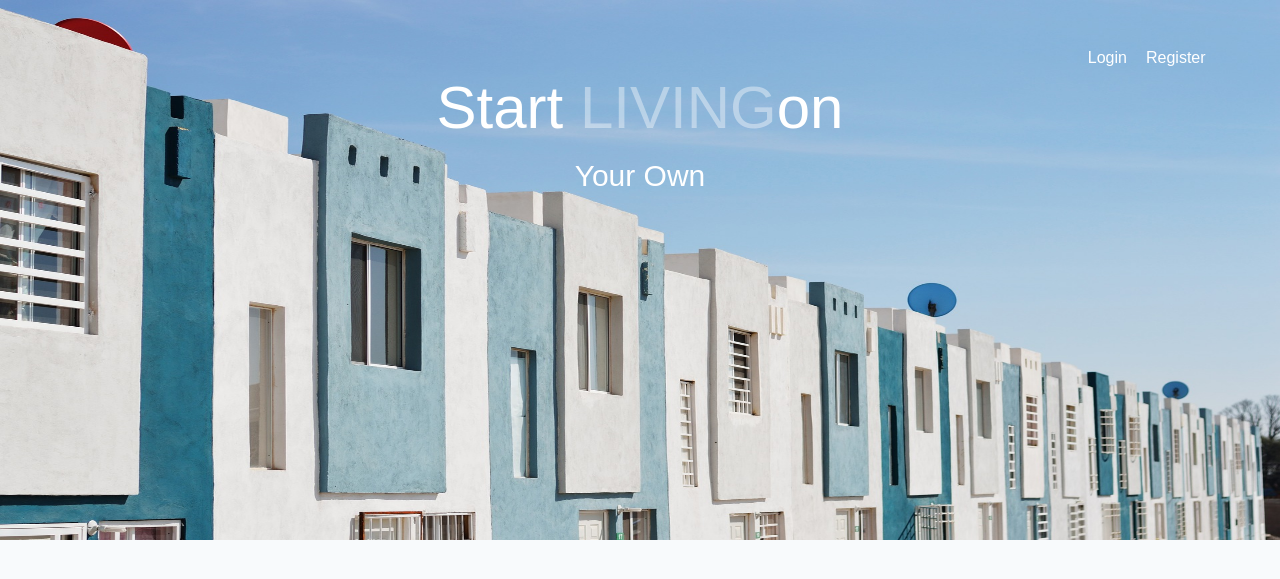
Repository: PatryxB/buildHouse
Page: http://localhost/
An editor plug-in stored every save of this project. The page is shown before and after the next save, followed by the edit.
The browser window is 1280 px wide. The pictures show the whole page.
Some web fonts or font styles are not loaded; a fallback is used. The page is served by the project's Laravel application, run on PHP 8.4 with Laravel 8. Other server files are loaded and not shown. Style sheets and scripts are compiled from the project's sources, by tool versions that may differ from the author's.

Above is the page before, as saved 2020-04-30 20:24:14.

### resources/views/welcome.blade.php
<!DOCTYPE html>
<html lang="{{ str_replace('_', '-', app()->getLocale()) }}">
    <head>
        <meta charset="utf-8">
        <meta name="viewport" content="width=device-width, initial-scale=1">

        <title>Laravel</title>

        <!-- Fonts -->
        <link href="https://fonts.googleapis.com/css?family=Nunito:200,600" rel="stylesheet">
        <link rel="stylesheet" href="/css/app.css">

    </head>
    <body>

        <section id="welcome">
            <div class="banner">
                <img src="{{asset('/img/housebanner.jpg')}}" alt="">
                <div class="text-banner">
                    <h1 style="font-size:60px">Start <span style="opacity: .4;">LIVING</span>on</h1>
                    <p style="font-size:30px">Your Own</p>
                </div>
            </div>
        </section>

        @extends('layouts.app')
        @section('content')
        @endsection
    </body>
</html>

### resources/views/layouts/app.blade.php
<!doctype html>
<html lang="{{ str_replace('_', '-', app()->getLocale()) }}">
<head>
    <meta charset="utf-8">
    <meta name="viewport" content="width=device-width, initial-scale=1">

    <!-- CSRF Token -->
    <meta name="csrf-token" content="{{ csrf_token() }}">

    <title>{{ config('app.name', 'Laravel') }}</title>

    <!-- Scripts -->
    <script src="{{ asset('js/app.js') }}" defer></script>

    <!-- Fonts -->
    <link rel="dns-prefetch" href="//fonts.gstatic.com">
    <link href="https://fonts.googleapis.com/css?family=Nunito" rel="stylesheet">

    <!-- Styles -->
    <link href="{{ asset('css/app.css') }}" rel="stylesheet">
</head>
<body>
    <div id="app">
        <nav>
            @if (Route::has('login'))
                <div class="top-right links">
                    @auth
                        <a href="{{ url('/home') }}">Home</a>
                    @else
                        <a href="{{ route('login') }}">Login</a>

                        @if (Route::has('register'))
                            <a href="{{ route('register') }}">Register</a>
                        @endif
                    @endauth
                </div>
            @endif

        </nav>
        <main class="py-4">
            @yield('content')
        </main>
    </div>
</body>
</html>

### resources/sass/app.scss
// Fonts
@import url('https://fonts.googleapis.com/css?family=Nunito');
@import url('https://fonts.googleapis.com/css2?family=Varela+Round&display=swap');

// Variables
@import 'variables';

// Bootstrap
@import '~bootstrap/scss/bootstrap';

html, body{
    margin: 0;
    padding: 0;
    box-sizing: border-box;
    font-family: 'Varela Round', sans-serif;
}

.banner img{
    width: 100%;
    height: 75vh;
    background-repeat: no-repeat;
    position: relative;
}
nav{
    position: absolute;
    top: 8%;
    left: 89%;
    transform: translate(-50%, -50%);
}
nav a {
    color: white;
    font-size: 16px;
    margin-left: 15px;
}
.text-banner{
    color: white;
    position: absolute;
    top: 20%;
    left: 50%;
    transform: translate(-50%, -50%);
    text-align: center;
}

Loaded but not shown: routes/web.php (common file); app/Http/Controllers/Auth/LoginController.php (common file); app/Http/Controllers/Controller.php (common file); app/Http/Controllers/Auth/ConfirmPasswordController.php (common file); resources/sass/_variables.scss (common file)

After the next save:
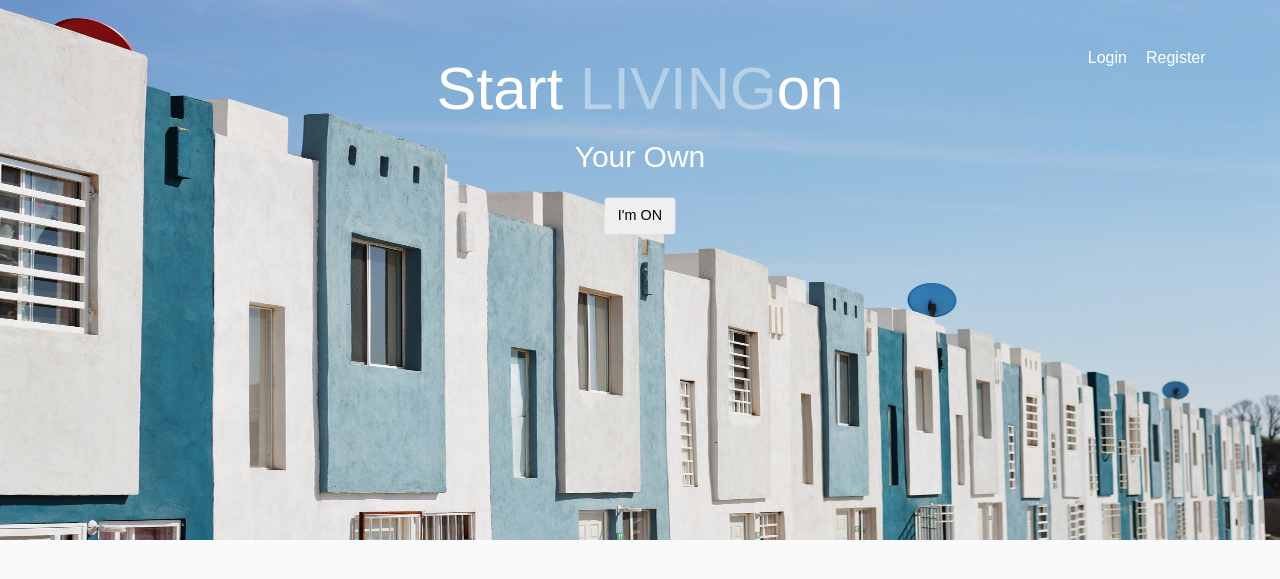
Saved 42 s later.
--- a/resources/views/welcome.blade.php
+++ b/resources/views/welcome.blade.php
@@ -19,6 +19,7 @@
                 <div class="text-banner">
                     <h1 style="font-size:60px">Start <span style="opacity: .4;">LIVING</span>on</h1>
                     <p style="font-size:30px">Your Own</p>
+                    <button class="btn">I'm ON</button>
                 </div>
             </div>
         </section>
